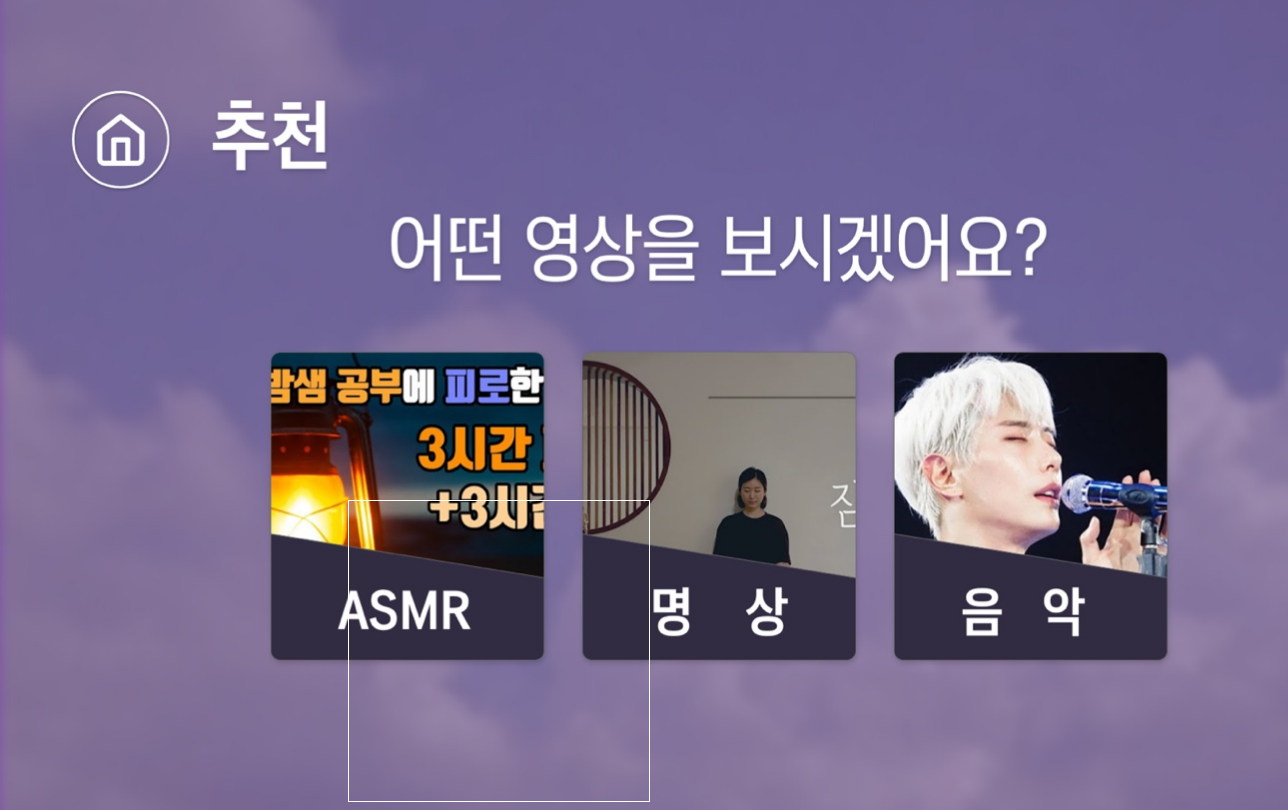
Repository: meanz1/SE_SleepWithMe
Page: SmartTVWorkspace/testapp/recom.html
These files come from the project's save history. The page is drawn as it stood at one moment and after the next save; the edit follows.
The browser window is 1280 px wide. The page is 1288 px wide, so the pictures cover 1288 px, including what lies to the right of the window. The pictures show the whole page.

Above is the page before, as saved 2021-11-18 07:50:51.

After the next save:
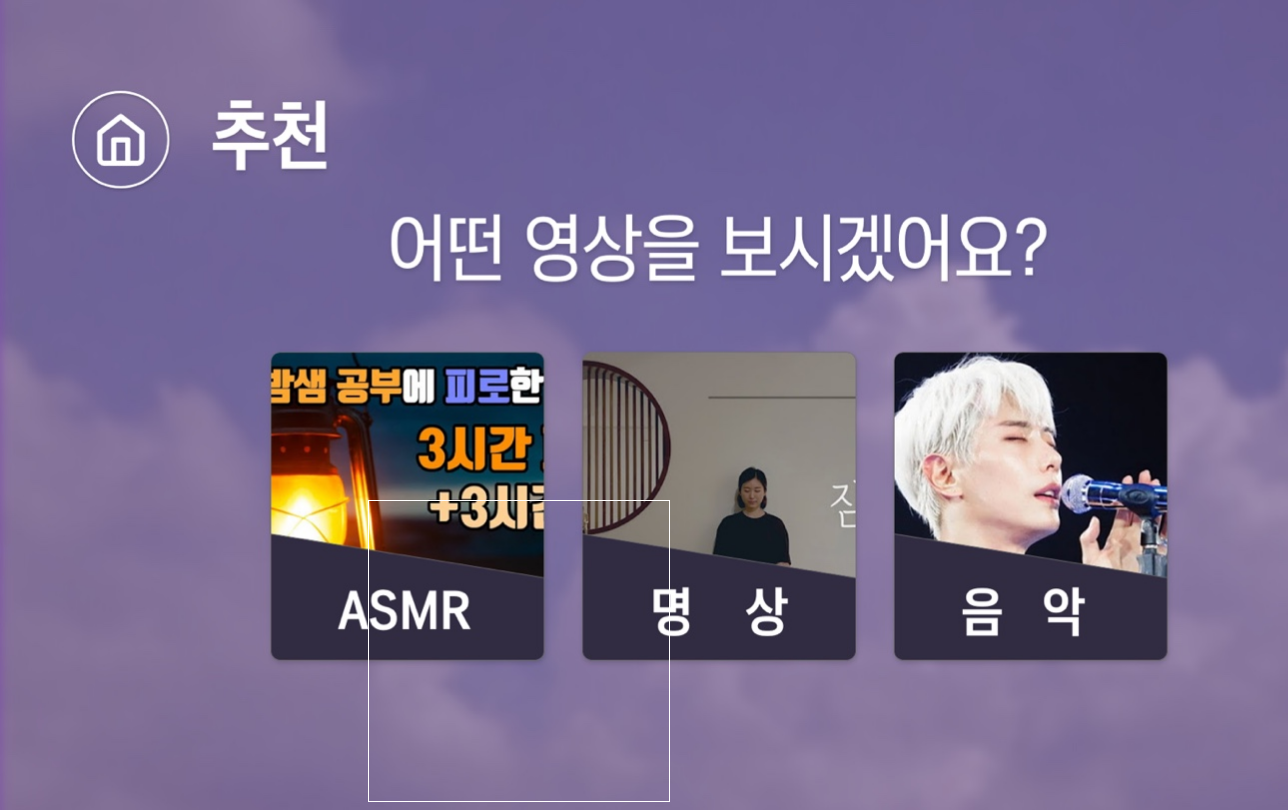
Saved 14 s later.
--- a/SmartTVWorkspace/testapp/recom.html
+++ b/SmartTVWorkspace/testapp/recom.html
@@ -15,7 +15,7 @@
     	width: 300px;
     	height: 300px;
     	border: 1px solid white;
-    	margin-left: 340px;
+    	margin-left: 360px;
     	margin-top: 500px;
     }
 </style>
